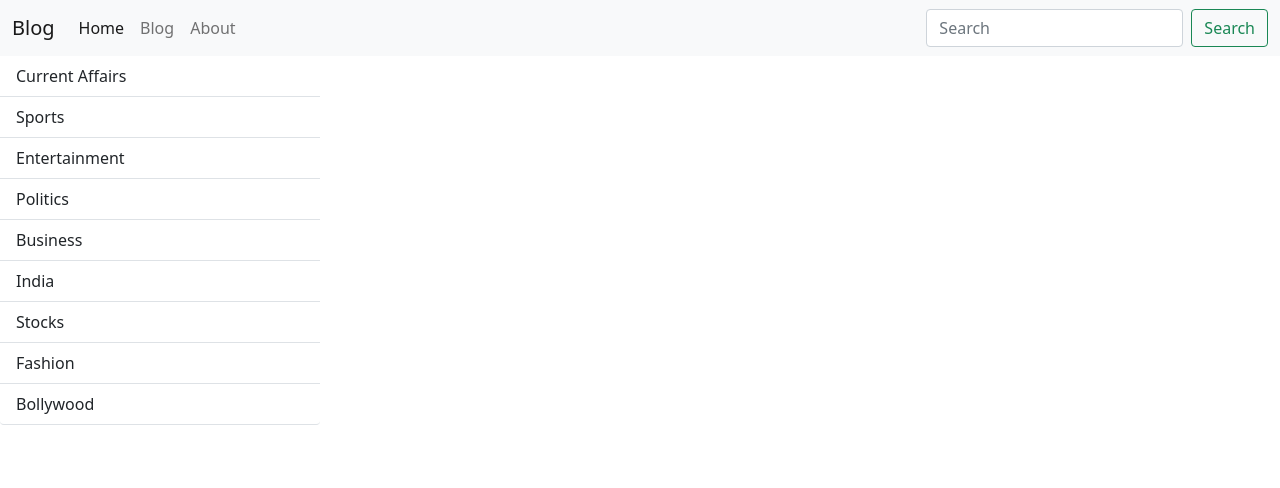
Repository: syni18/bootstrap_blog
Page: index.html
These files come from the project's save history. The page is drawn as it stood at one moment and after a run of saves; the edit follows.
The browser window is 1280 px wide. The pictures show the whole page.

Above is the page before, as saved 2023-10-25 21:08:02.

After the next 5 saves:
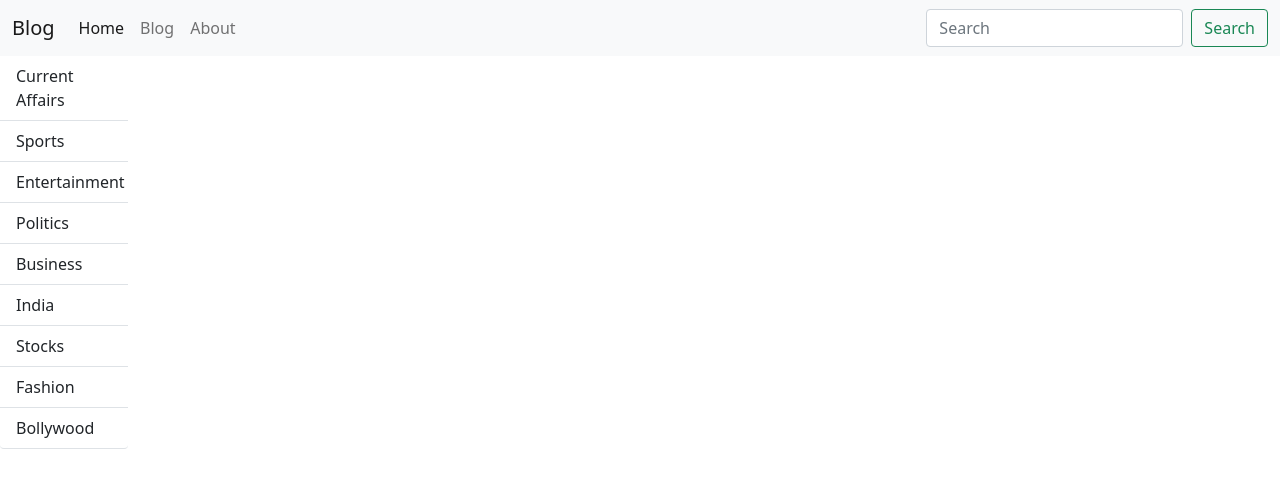
The 5 saves are shown as one change because they came seconds apart.
The last was saved 89 s later.
--- a/index.html
+++ b/index.html
@@ -88,7 +88,7 @@
         </div>
       </div>
     </nav>
-            <div class=" w-25 p-0">
+            <div class="p-0" style="width: 10%;">
           <ul class="list-group">
             <li class="list-group-item border-0 border-bottom">Current Affairs</li>
             <li class="list-group-item border-0 border-bottom">Sports</li>
